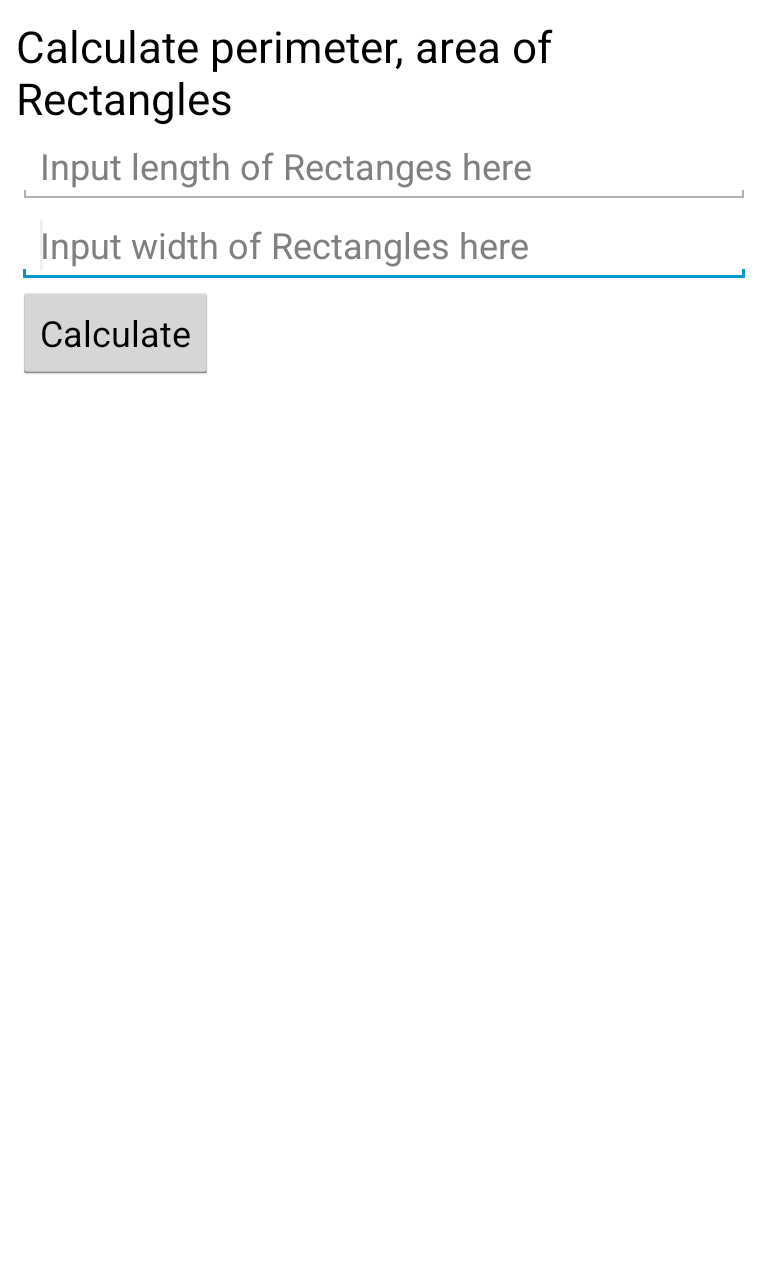
Repository: LightWay152/Lesson1_Variable_Type_Operations
Layout: Perimeter_Area_Rectangles_Circles/res/layout/activity_main.xml
The author's editor kept a copy of each file at every save. The layout is drawn from the files as they stood at one save, then again after the next save.
It is drawn on a 768 x 1280 px phone screen (xhdpi) without system bars, with theme AppTheme; the app's code is not run.

Above is the layout before, as saved 2017-01-01 08:50:42.

### Perimeter_Area_Rectangles_Circles/res/layout/activity_main.xml
<LinearLayout xmlns:android="http://schemas.android.com/apk/res/android"
    xmlns:tools="http://schemas.android.com/tools"
    android:layout_width="match_parent"
    android:layout_height="match_parent"
    android:orientation="vertical"
    android:padding="8dp"
    tools:context="${relativePackage}.${activityClass}" >

    <TextView
        android:layout_width="match_parent"
        android:layout_height="wrap_content"
        android:text="@string/calculate_perimeter_area_rectangles"
        android:textAppearance="?android:attr/textAppearanceLarge"/>
	<EditText
        android:id="@+id/EditText1"
        android:layout_width="match_parent"
        android:layout_height="wrap_content"
        android:hint="@string/input_length"
        android:ems="10"><requestFocus />
    </EditText>
	<EditText
        android:id="@+id/EditText2"
        android:layout_width="match_parent"
        android:layout_height="wrap_content"
        android:hint="@string/input_width"
        android:ems="10" ><requestFocus />
    </EditText>
	<Button
	    android:id="@+id/button1"
	    android:layout_width="wrap_content"
	    android:layout_height="wrap_content"
	    android:text="@string/calculate" />
	<TextView
	    android:id="@+id/TextView1"
	    android:layout_width="match_parent"
	    android:layout_height="wrap_content"
	    android:text=""/>

</LinearLayout>

### Perimeter_Area_Rectangles_Circles/res/values/strings.xml
<?xml version="1.0" encoding="utf-8"?>
<resources>

    <string name="app_name">Rectangles_Circles</string>
    <string name="hello_world">Hello world!</string>
    <string name="calculate_perimeter_area_rectangles">Calculate perimeter, area of Rectangles</string>
    <string name="input_length">Input length of Rectanges here</string>
    <string name="input_width">Input width of Rectangles here</string>
    <string name="calculate">Calculate</string>


</resources>

Loaded but not shown: Perimeter_Area_Rectangles_Circles/res/values/styles.xml (common file); Perimeter_Area_Rectangles_Circles/res/values-v11/styles.xml (common file); Perimeter_Area_Rectangles_Circles/res/values-v14/styles.xml (common file)

After the next save:
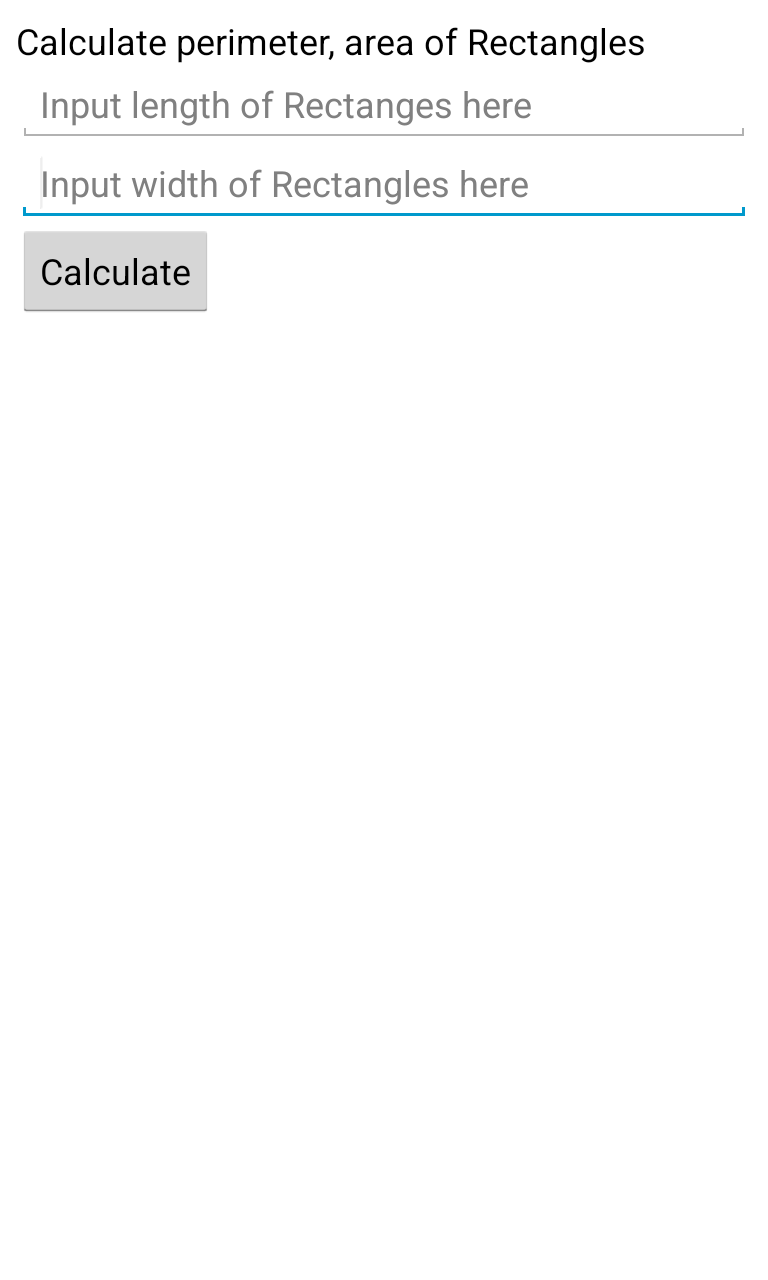
Saved 7 s later.
--- a/Perimeter_Area_Rectangles_Circles/res/layout/activity_main.xml
+++ b/Perimeter_Area_Rectangles_Circles/res/layout/activity_main.xml
@@ -10,7 +10,7 @@
         android:layout_width="match_parent"
         android:layout_height="wrap_content"
         android:text="@string/calculate_perimeter_area_rectangles"
-        android:textAppearance="?android:attr/textAppearanceLarge"/>
+        android:textAppearance="?android:attr/textAppearanceMedium"/>
 	<EditText
         android:id="@+id/EditText1"
         android:layout_width="match_parent"
